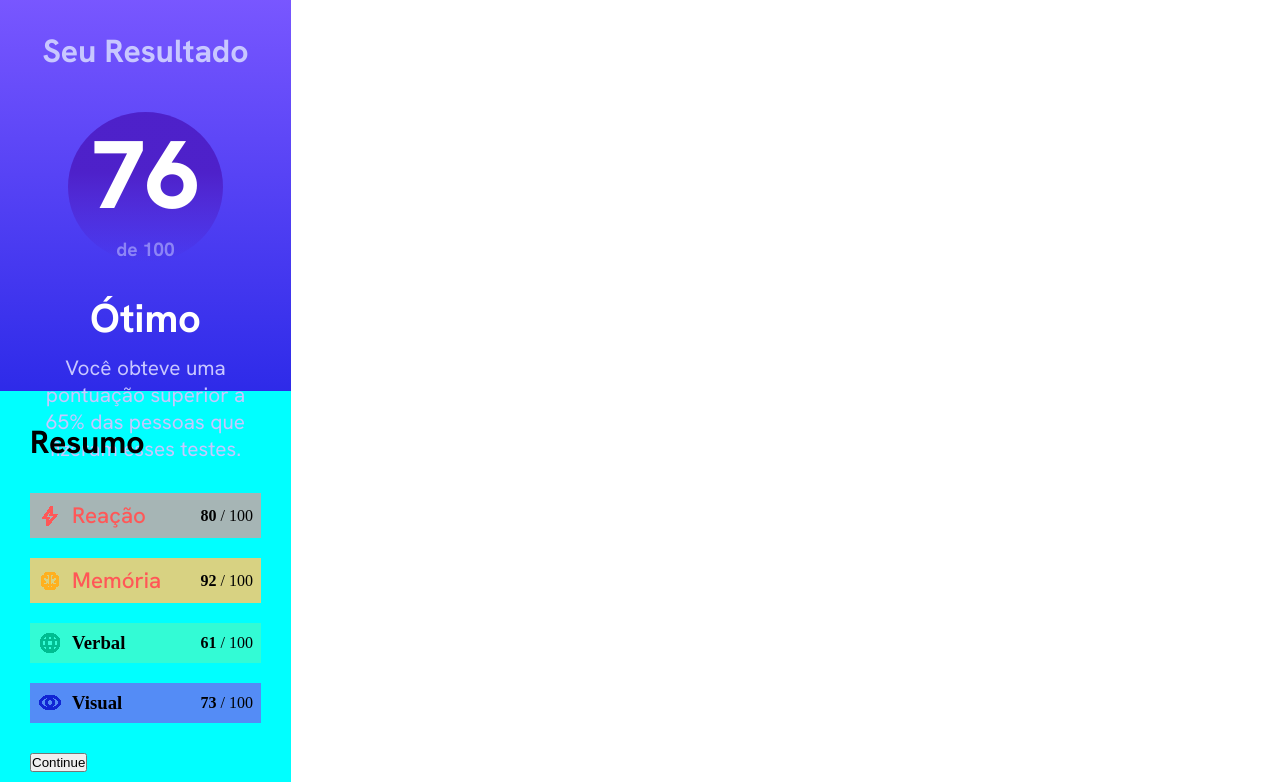
Repository: caique2512/resumo-de-resultados
Page: index.html
The author's editor kept a copy of each file at every save. The page is drawn from the files as they stood at one save, then again after a run of saves.
The browser window is 1280 px wide. The pictures show the whole page.

Above is the page before, as saved 2026-03-13 17:17:42.

### index.html
<!DOCTYPE html>
<html lang="pt-br">
<head>
    <meta charset="UTF-8">
    <meta name="viewport" content="width=device-width, initial-scale=1.0">
    <title>Resumo de Resultados</title>
    <link rel="stylesheet" href="src/css/estilos.css">
    <link rel="stylesheet" href="src/css/reset.css">
</head>
<body>
    <main class="conteudo">
        <div class="principal">
            <h1 class="titulo">Seu Resultado</h1>
            <div class="circulo">
                <h2>76</h2>
                <p>de 100</p>
            </div>
            <h2 class="avaliacao">Ótimo</h2>
            <p class="subtitle">Você obteve uma pontuação superior a 65% das pessoas que fizeram esses testes.</p>
        </div>
        <div class="resultado">
            <h1 class="titulo1">Resumo</h1>
            <div class="classes">
                <div class="resumo1">
                    <div>
                        <img src="./src/images/raio.png" alt="Raio">
                        <h3>Reação</h3>
                    </div>
                    <p><strong>80</strong> / 100</p>
                </div>
                <div class="resumo2">
                    <div>
                        <img src="./src/images/memoria.png" alt="Memória">
                        <h3>Memória</h3>
                    </div>
                    <p><strong>92</strong> / 100</p>
                </div>
                <div class="resumo3">
                    <div>
                        <img src="./src/images/mensagem.png" alt="Mensagem">
                        <h3>Verbal</h3>
                    </div>
                    <p><strong>61</strong> / 100</p>
                </div>
                <div class="resumo4">
                    <div>
                        <img src="./src/images/olho.png" alt="olho">
                        <h3>Visual</h3>
                    </div>
                    <p><strong>73</strong> / 100</p>
                </div>
            </div>
            <button class="btn-resumo">Continue</button>
        </div>
    </main>
</body>
</html>

### src/css/estilos.css
@import url('https://fonts.googleapis.com/css2?family=Hanken+Grotesk:ital,wght@0,100..900;1,100..900&display=swap');


.principal {
    background: linear-gradient(hsl(252, 100%, 67%), hsl(241, 81%, 54%));
    width: 291px;
    height: 391px;
    display: flex;
    flex-direction: column;
    align-items: center;
}

.titulo {
    color: hsl(241, 100%, 89%);
    font-family: "Hanken Grotesk";
    margin-top: 30px;
    font-size: 2rem;
}

.circulo {
    background: linear-gradient(hsla(256, 72%, 46%, 1) 40%, hsla(241, 72%, 46%, 0));
    width: 155px;
    height: 155px;
    border-radius: 50%;
    display: flex;
    align-items: center;
    justify-content: center;
    flex-direction: column;
    margin-top: 2.5rem;
}

.circulo h2 {
    font-size: 6rem;
    font-family: "Hanken Grotesk";
    font-weight: 800;
    color: hsl(0, 0%, 100%);
}

.circulo p {
    color: hsla(241, 100%, 89%, 0.538);
    font-family: "Hanken Grotesk";
    font-weight: 700;
    font-size: 1.2rem;
}

.principal .avaliacao {
    color: white;
    font-family: "Hanken Grotesk";
    margin-top: 30px;
    font-size: 2.5rem;

}

.principal .subtitle {
    color: hsl(241, 100%, 89%);
    font-family: "Hanken Grotesk";
    width: 230px;
    display: flex;
    text-align: center;
    margin: 10px;
    font-size: 1.3rem;
}

.resultado {
    background-color: aqua;
    width: 291px;
    height: 391px;
    padding: 30px;
}

.resultado .titulo1 {
    color: #000000;
    font-family: "Hanken Grotesk";
}

.resultado .classes {
    display: flex;
    flex-direction: column;
    gap: 20px;
    margin: 30px 0px;
}

.resultado .resumo1 h3 {
    color: hsl(0, 100%, 67%);
    font-family: "Hanken Grotesk";
    font-size: 1.4rem;
    font-weight: 500;
}

.resultado .classes .resumo1 div {
    display: flex;
    align-items: center;
    gap: 10px;
}

.resultado .classes .resumo1{
    display: flex;
    align-items: center;
    justify-content: space-between;
    background-color: hsla(0, 90%, 77%, 0.667);
    padding: 8px;
}

.resultado .resumo2 h3 {
    color: hsl(0, 100%, 67%);
    font-family: "Hanken Grotesk";
    font-size: 1.4rem;
    font-weight: 500;
}

.resultado .classes .resumo2 div {
    display: flex;
    align-items: center;
    gap: 10px;
}

.resultado .classes .resumo2{
    display: flex;
    align-items: center;
    justify-content: space-between;
    background-color: hsla(39, 97%, 71%, 0.853);
    padding: 8px;
}

.resultado .classes .resumo3 div {
    display: flex;
    align-items: center;
    gap: 10px;
}

.resultado .classes .resumo3{
    display: flex;
    align-items: center;
    justify-content: space-between;
    background-color: hsla(166, 96%, 61%, 0.851);
    padding: 8px;
}

.resultado .classes .resumo4 div {
    display: flex;
    align-items: center;
    gap: 10px;
}

.resultado .classes .resumo4{
    display: flex;
    align-items: center;
    justify-content: space-between;
    background-color: hsla(234, 88%, 68%, 0.829);
    padding: 8px;
}

### src/css/reset.css


* {
    margin: 0;
    padding: 0;
    box-sizing: border-box;
}

After the next 3 saves:
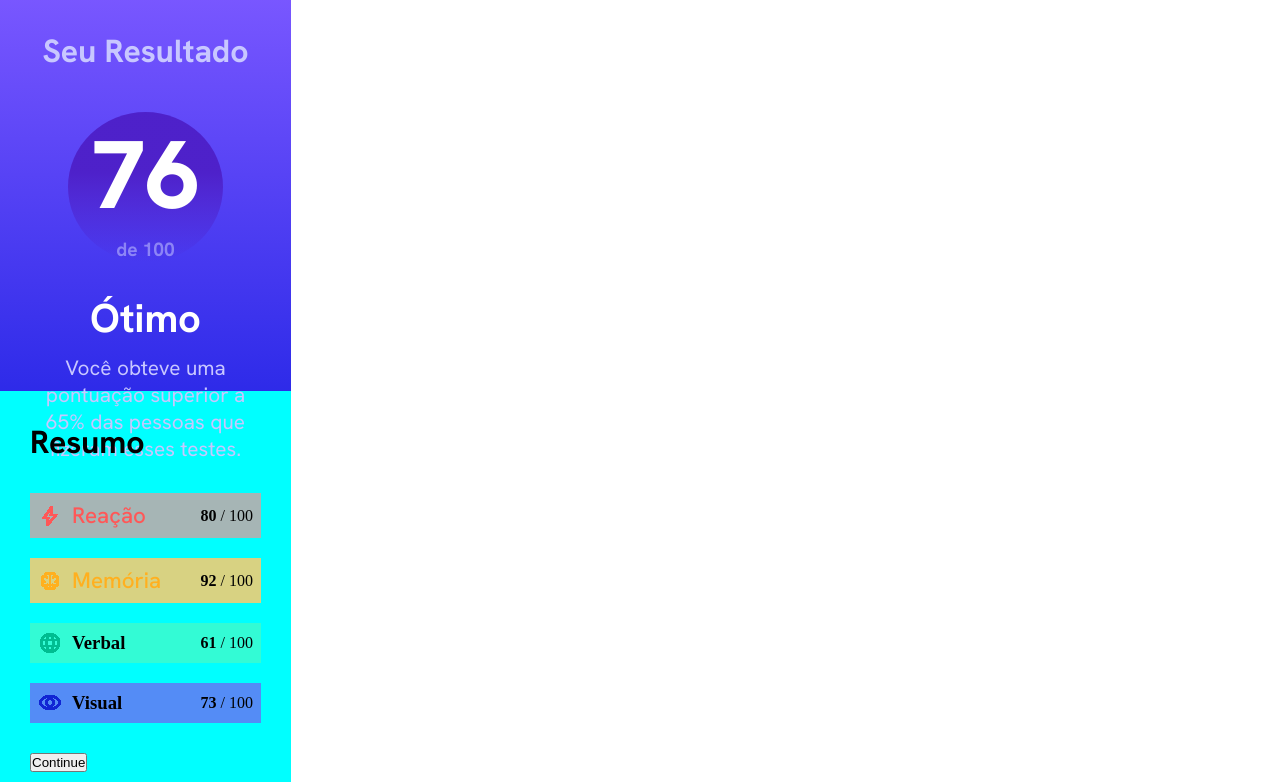
The 3 saves are shown as one change because they came seconds apart.
The last was saved 15 s later.
--- a/src/css/estilos.css
+++ b/src/css/estilos.css
@@ -102,7 +102,7 @@
 }
 
 .resultado .resumo2 h3 {
-    color: hsl(0, 100%, 67%);
+    color: #ffb01f;
     font-family: "Hanken Grotesk";
     font-size: 1.4rem;
     font-weight: 500;
